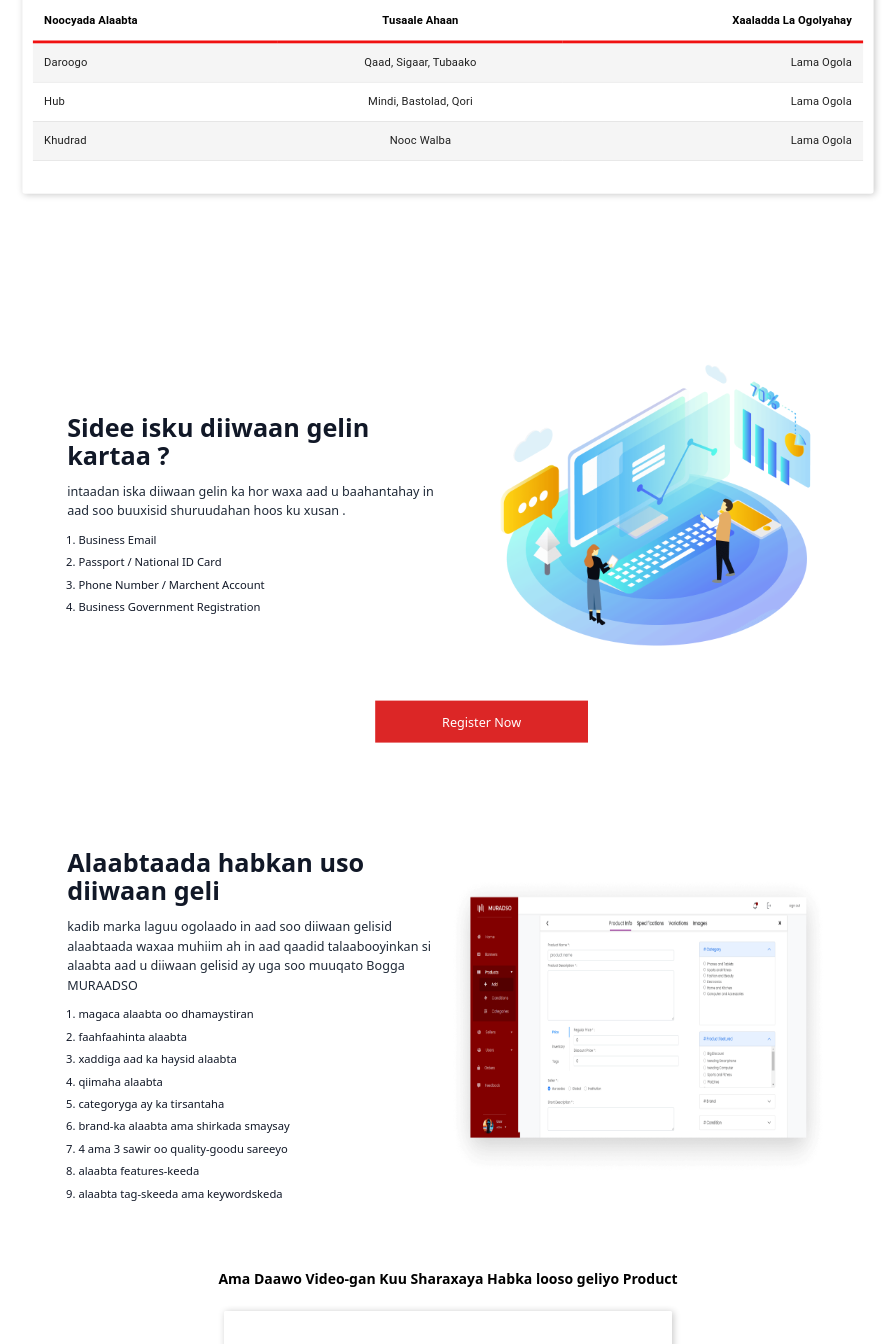
Repository: muraadso/Muraadso-Sellers
Page: /
An editor plug-in stored every save of this project. The page is shown before and after the next save, followed by the edit.
The browser window is 1280 px wide. The pictures show the part of the page from y = 2947 to 4867 px (the page is 7318 px tall before and 7341 px after), at 70% of full size.
The project was rebuilt for these pictures with package versions that can differ from the ones it lists, and the page was loaded fresh each time. The framework's server and built-in components were replaced by stand-ins that run in the browser. Also part of the build but not shown: next.config.js.

Above is the page before, as saved 2021-12-11 11:20:43.

After the next save:
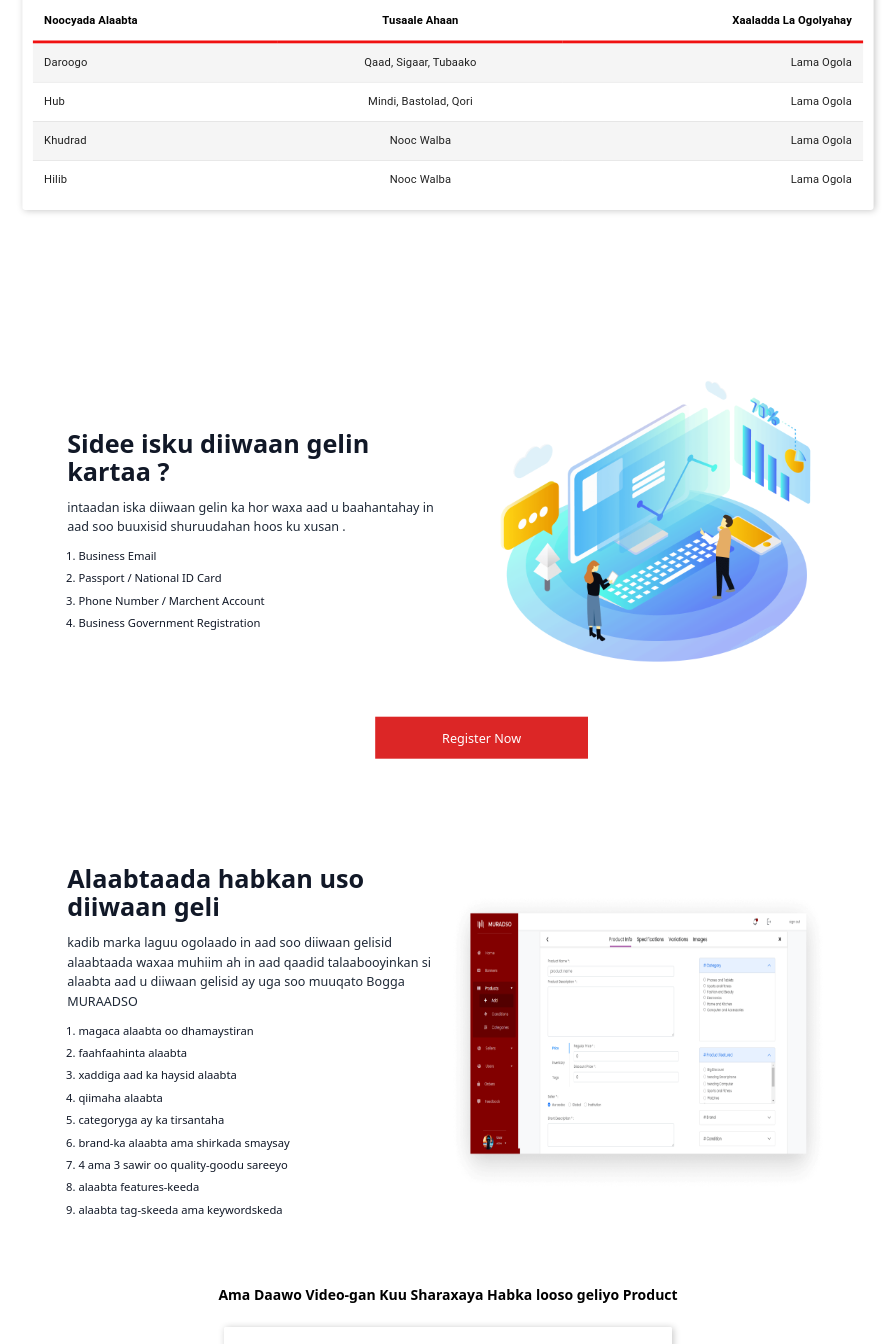
Saved 20 s later.
--- a/components/Whatsell.jsx
+++ b/components/Whatsell.jsx
@@ -50,7 +50,7 @@ const rows2 = [
   createData('Daroogo', "Qaad, Sigaar, Tubaako", 'Lama Ogola'),
   createData('Hub', 'Mindi, Bastolad, Qori', 'Lama Ogola'),
   createData('Khudrad', 'Nooc Walba', 'Lama Ogola'),
-  createData('')
+  createData('Hilib', 'Nooc Walba', 'Lama Ogola')
 
 ];
 
